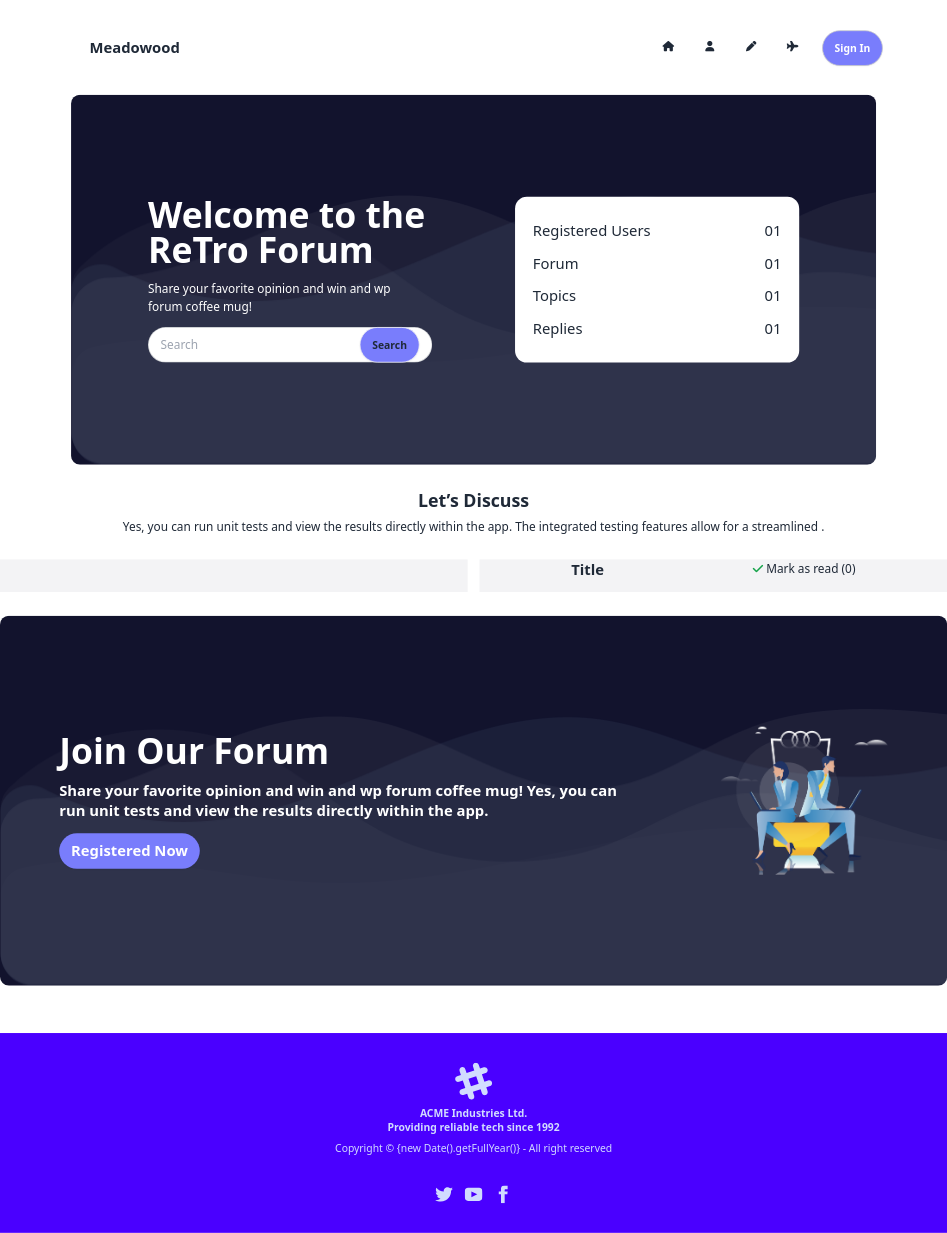
Repository: RudrasahaDibos/Meadowood-Forum
Page: index.html
The author's editor kept a copy of each file at every save. The page is drawn from the files as they stood at one save, then again after the next save.
The browser window is 1280 px wide. The pictures show the whole page, at 74% of full size.
The page's requests for data from a server got no answer. Some web libraries are served in a nearby version.

Above is the page before, as saved 2024-11-25 11:10:02.

After the next save:
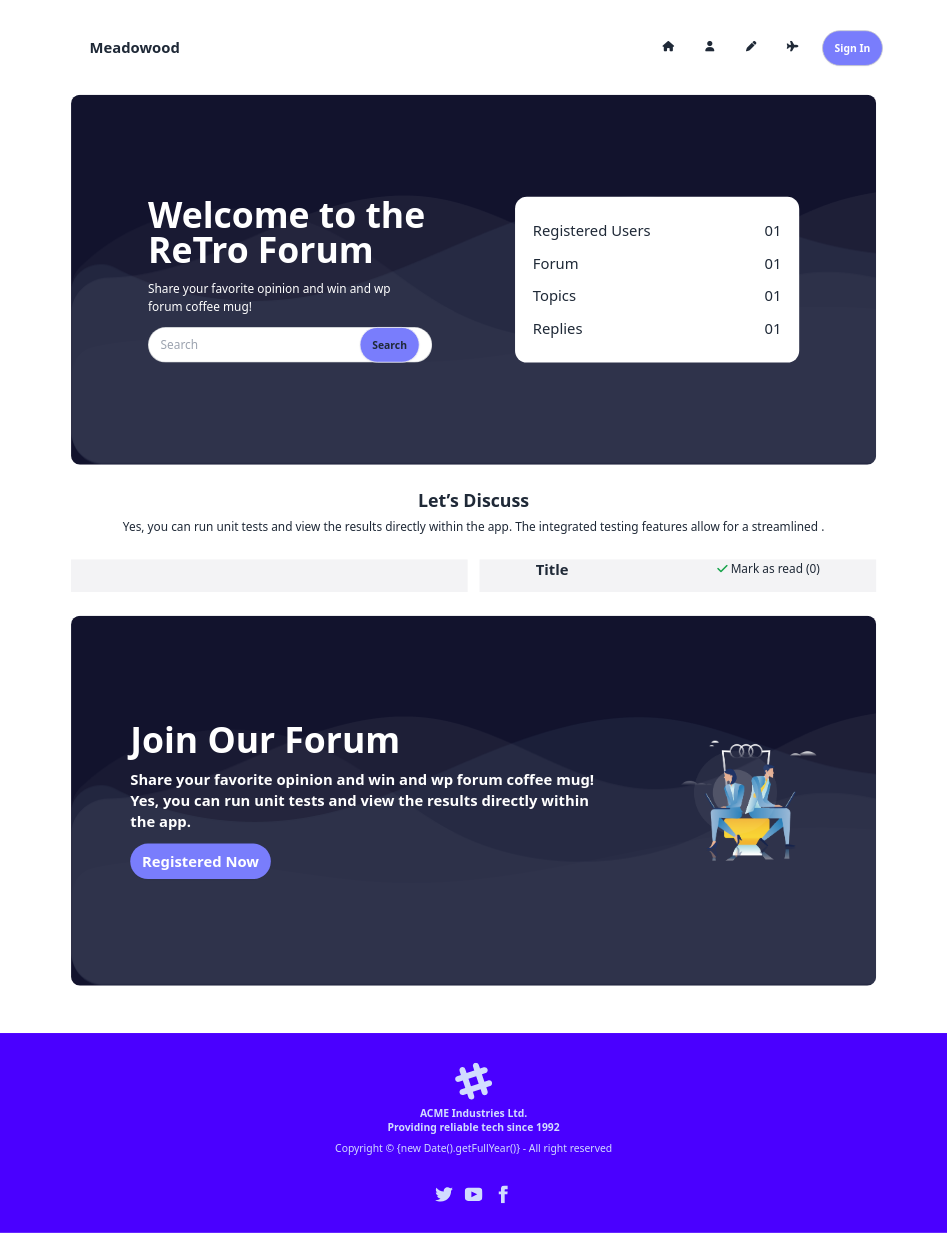
Saved 11 s later.
--- a/index.html
+++ b/index.html
@@ -132,7 +132,7 @@
         <!-- header is end here  -->
 
         <!-- main is start here  -->
-        <main class="">
+        <main class="container mx-auto lg:px-24 px-8">
             <!-- Let’s Discuss  starts here  -->
            <div class="ml-4 lg:ml-0">
             <h1 class="text-2xl text-center font-semibold mt-8">Let’s Discuss</h1>
